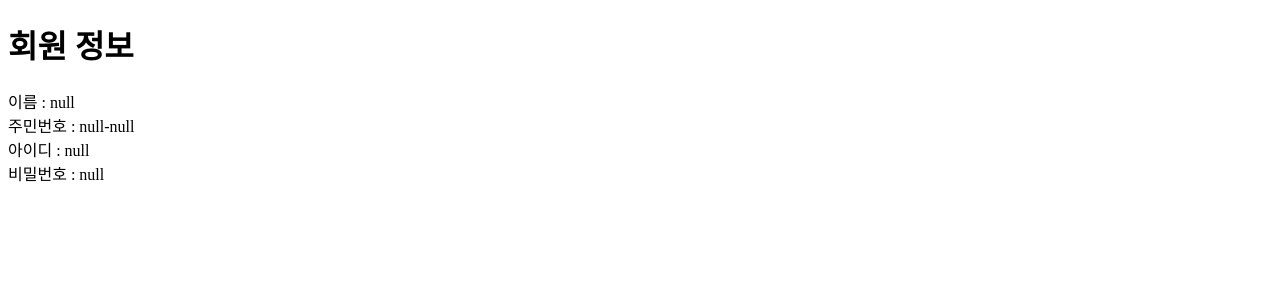
Repository: jsunnypi/JSP
Page: http://localhost/Test/inputlist.jsp
The author's editor kept a copy of each file at every save. The page is drawn from the files as they stood at one save, then again after the next save.
The browser window is 1280 px wide. The pictures show the whole page.
The page is served by Tomcat 9.

Above is the page before, as saved 2024-11-14 05:25:24.

After the next save:
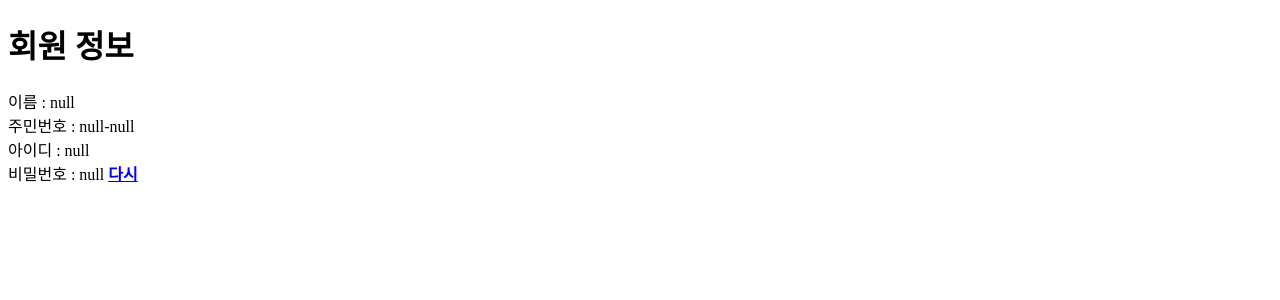
Saved 19 min 50 s later.
--- a/Test/src/main/webapp/inputlist.jsp
+++ b/Test/src/main/webapp/inputlist.jsp
@@ -21,9 +21,11 @@
 		String id = request.getParameter("id");
 		out.print("아이디 : "+ id + "<br>");
 
-
 		String pw = request.getParameter("pw");
 		out.print("비밀번호 : " + pw );
 	%>
+
+
+	<b><a href='javascript:history.go(-1)'>다시</a></b>
 </body>
 </html>
